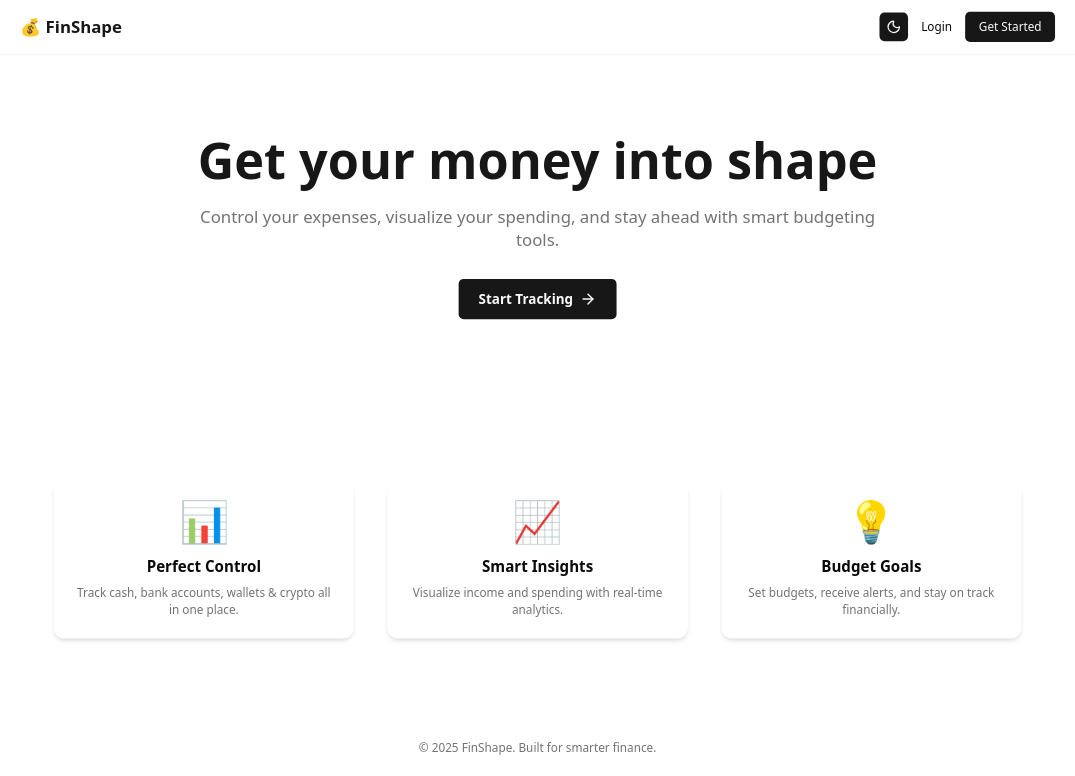
Repository: ruthvik-mt/Trackifi
Page: / (app in frontend/)
An editor plug-in stored every save of this project. The page is shown before and after the next save, followed by the edit.
The browser window is 1280 px wide. The pictures show the whole page, at 84% of full size.
The project was rebuilt for these pictures with package versions that can differ from the ones it lists, and the page was loaded fresh each time. Also part of the build but not shown: frontend/vite.config.ts, frontend/src/hooks/useAuth.ts, frontend/src/components/FormInput.tsx, frontend/src/pages/Auth/Login.tsx, frontend/src/pages/Auth/Register.tsx, frontend/src/components/Sidebar.tsx, frontend/src/components/ThemeToggleButton.tsx, frontend/src/components/Navbar.tsx and 22 more.

Above is the page before, as saved 2025-07-15 20:00:28.

### frontend/index.html
<!-- index.html -->
<!DOCTYPE html>
<html lang="en">
  <head>
    <meta charset="UTF-8" />
    <link rel="icon" href="/favicon.svg" />
    <meta name="viewport" content="width=device-width, initial-scale=1.0" />

    <!-- Critical script: apply theme before paint -->
    <script>
      const theme = localStorage.getItem("theme");
      if (
        theme === "dark" ||
        (!theme && window.matchMedia("(prefers-color-scheme: dark)").matches)
      ) {
        document.documentElement.classList.add("dark");
      } else {
        document.documentElement.classList.remove("dark");
      }
    </script>

    <title>FinShape</title>
  </head>
  <body>
    <div id="root"></div>
    <script type="module" src="/src/main.tsx"></script>
  </body>
</html>

### frontend/src/main.tsx
import React from "react";
import ReactDOM from "react-dom/client";
import App from "./App";
import "./tailwind.css";
import { AuthProvider } from "./context/AuthProvider";
import { ThemeProvider } from "./context/ThemeProvider"; // ✅ Add ThemeProvider
import { BrowserRouter as Router } from "react-router-dom";

ReactDOM.createRoot(document.getElementById("root")!).render(
  <React.StrictMode>
    <Router>
      {/* ✅ Wrap app with theme context */}
      <ThemeProvider>
        <AuthProvider>
          <App />
        </AuthProvider>
      </ThemeProvider>
    </Router>
  </React.StrictMode>
);

### frontend/src/App.tsx
import { Routes, Route, Navigate } from "react-router-dom";
import Login from "./pages/Auth/Login";
import Register from "./pages/Auth/Register";
import Dashboard from "./pages/Dashboard/Dashboard";
import CategoryList from "./pages/Categories/CategoryList";
import TransactionList from "./pages/Transactions/TransactionList";
import BudgetList from "./pages/Budgets/BudgetList";
import MonthlyTotal from "./pages/Insights/MonthlyTotal";
import CategoryBreakdown from "./pages/Insights/CategoryBreakdown";
import BudgetComparison from "./pages/Insights/BudgetComparison";
import ProtectedRoute from "./components/ProtectedRoute";
import LandingPage from "./pages/LandingPage"; // ✅ Add this import

export default function App() {
  return (
    <Routes>
      {/* Landing Page */}
      <Route path="/" element={<LandingPage />} /> {/* ✅ New route */}

      {/* Auth Routes */}
      <Route path="/login" element={<Login />} />
      <Route path="/register" element={<Register />} />

      {/* Protected Routes */}
      <Route
        path="/dashboard"
        element={
          <ProtectedRoute>
            <Dashboard />
          </ProtectedRoute>
        }
      />
      <Route
        path="/categories"
        element={
          <ProtectedRoute>
            <CategoryList />
          </ProtectedRoute>
        }
      />
      <Route
        path="/transactions"
        element={
          <ProtectedRoute>
            <TransactionList />
          </ProtectedRoute>
        }
      />
      <Route
        path="/budgets"
        element={
          <ProtectedRoute>
            <BudgetList />
          </ProtectedRoute>
        }
      />
      <Route
        path="/insights/monthly-total"
        element={
          <ProtectedRoute>
            <MonthlyTotal />
          </ProtectedRoute>
        }
      />
      <Route
        path="/insights/category-breakdown"
        element={
          <ProtectedRoute>
            <CategoryBreakdown />
          </ProtectedRoute>
        }
      />
      <Route
        path="/insights/budget-comparison"
        element={
          <ProtectedRoute>
            <BudgetComparison />
          </ProtectedRoute>
        }
      />

      {/* Fallback Route */}
      <Route path="*" element={<Navigate to="/" />} /> {/* ✅ Updated from "/login" to "/" */}
    </Routes>
  );
}

### frontend/src/tailwind.css
@tailwind base;
@tailwind components;
@tailwind utilities;

/* =========================
   Base Theme Variables
   ========================= */

@layer base {
  :root {
    --background: 0 0% 100%;
    --foreground: 0 0% 3.9%;

    --card: 0 0% 100%;
    --card-foreground: 0 0% 3.9%;

    --popover: 0 0% 100%;
    --popover-foreground: 0 0% 3.9%;

    --primary: 0 0% 9%;
    --primary-foreground: 0 0% 98%;

    --secondary: 0 0% 96.1%;
    --secondary-foreground: 0 0% 9%;

    --muted: 0 0% 96.1%;
    --muted-foreground: 0 0% 45.1%;

    --accent: 0 0% 96.1%;
    --accent-foreground: 0 0% 9%;

    --destructive: 0 84.2% 60.2%;
    --destructive-foreground: 0 0% 98%;

    --border: 0 0% 89.8%;
    --input: 0 0% 89.8%;
    --ring: 0 0% 3.9%;

    --chart-1: 12 76% 61%;
    --chart-2: 173 58% 39%;
    --chart-3: 197 37% 24%;
    --chart-4: 43 74% 66%;
    --chart-5: 27 87% 67%;

    --radius: 0.5rem;

    --tooltip-bg: #ffffff;
    --tooltip-color: #000000;
  }

  .dark {
    --background: 0 0% 3.9%;
    --foreground: 0 0% 98%;

    --card: 0 0% 3.9%;
    --card-foreground: 0 0% 98%;

    --popover: 0 0% 3.9%;
    --popover-foreground: 0 0% 98%;

    --primary: 0 0% 98%;
    --primary-foreground: 0 0% 9%;

    --secondary: 0 0% 14.9%;
    --secondary-foreground: 0 0% 98%;

    --muted: 0 0% 14.9%;
    --muted-foreground: 0 0% 63.9%;

    --accent: 0 0% 14.9%;
    --accent-foreground: 0 0% 98%;

    --destructive: 0 62.8% 30.6%;
    --destructive-foreground: 0 0% 98%;

    --border: 0 0% 14.9%;
    --input: 0 0% 14.9%;
    --ring: 0 0% 83.1%;

    --chart-1: 220 70% 50%;
    --chart-2: 160 60% 45%;
    --chart-3: 30 80% 55%;
    --chart-4: 280 65% 60%;
    --chart-5: 340 75% 55%;

    --tooltip-bg: #d9dde2; /* dark gray or slate */
    --tooltip-color: #0d0f11;
  }
}

/* =========================
   Global Element Styles
   ========================= */
@layer base {
  * {
    @apply border-border;
  }

  html,
  body {
    @apply bg-background text-foreground antialiased;
    min-height: 100%;
  }

  input,
  select,
  textarea {
    @apply bg-input text-foreground placeholder-muted-foreground
           border border-border rounded px-3 py-2
           focus:outline-none focus:ring-2 focus:ring-ring;
  }

  button {
    @apply transition-colors bg-primary text-primary-foreground px-4 py-2 rounded
           hover:bg-primary/90 focus:outline-none focus:ring-2 focus:ring-ring;
  }
}

### frontend/src/context/ThemeProvider.tsx
import { useEffect, useState, ReactNode } from "react";
import { ThemeContext, Theme } from "./ThemeContext";

export const ThemeProvider = ({ children }: { children: ReactNode }) => {
  const getInitialTheme = (): Theme => {
    if (typeof window === "undefined") return "light";
    const stored = localStorage.getItem("theme");
    if (stored === "light" || stored === "dark") return stored;
    return window.matchMedia("(prefers-color-scheme: dark)").matches ? "dark" : "light";
  };

  const [theme, setTheme] = useState<Theme>(getInitialTheme);

  useEffect(() => {
    const root = document.documentElement;
    if (theme === "dark") {
      root.classList.add("dark");
    } else {
      root.classList.remove("dark");
    }
    localStorage.setItem("theme", theme);
  }, [theme]);

  const toggleTheme = () => setTheme(prev => (prev === "dark" ? "light" : "dark"));

  return (
    <ThemeContext.Provider value={{ theme, toggleTheme }}>
      {children}
    </ThemeContext.Provider>
  );
};

### frontend/src/pages/LandingPage.tsx
import { Link } from "react-router-dom";
import { motion } from "framer-motion";
import { ArrowRight, Moon, Sun } from "lucide-react";
import { useTheme } from "../hooks/useTheme";
import { useState, useEffect } from "react";
import { Spinner } from "@/components/Spinner"; // ✅ your Spinner component


export default function LandingPage() {
  const { theme, toggleTheme } = useTheme();
  const [buttonLoading, setButtonLoading] = useState(true);

  // 👇 Show spinner for 1 second after page loads
  useEffect(() => {
    const timer = setTimeout(() => setButtonLoading(false), 1000);
    return () => clearTimeout(timer);
  }, []);

  return (
    <div className="min-h-screen bg-background text-foreground">
      {/* ────────────── Header ────────────── */}
      <header className="sticky top-0 z-10 h-16 bg-card text-card-foreground shadow-sm flex items-center justify-between px-6">
        <div className="text-xl font-bold text-primary">💰 FinShape</div>

        <nav className="flex items-center gap-4">
          <button
            onClick={toggleTheme}
            className="px-2 py-2 rounded-md text-sm font-medium bg-primary text-primary-foreground hover:bg-primary/90 transition-colors flex items-center justify-center"
            aria-label={`Switch to ${theme === "dark" ? "light" : "dark"} mode`}
          >
            {theme === "dark" ? <Sun size={18} /> : <Moon size={18} />}
          </button>


            <Link
              to="/login"
              className="text-sm font-medium hover:underline hover:text-primary transition-colors"
            >
              Login
            </Link>

          {buttonLoading ? (
             <><div className="flex justify-center"></div><Spinner size="default" /></>
          ) : (
            <Link to="/register">
              <button className="px-4 py-2 rounded-md text-sm font-medium bg-primary text-primary-foreground hover:bg-primary/90 transition-colors">
                Get Started
              </button>
            </Link>
          )}
        </nav>
      </header>

      {/* ────────────── Hero Section ────────────── */}
      <motion.section
        className="text-center px-6 py-24 max-w-4xl mx-auto"
        initial={{ opacity: 0, y: 30 }}
        animate={{ opacity: 1, y: 0 }}
        transition={{ duration: 0.6 }}
      >
        <h1 className="text-5xl md:text-6xl font-extrabold leading-tight mb-6 text-primary">
          Get your money into shape
        </h1>

        <p className="text-lg md:text-xl text-muted-foreground mb-8">
          Control your expenses, visualize your spending, and stay ahead with smart budgeting tools.
        </p>

        {buttonLoading ? (
  <div className="flex justify-center">
    <Spinner size="lg" />
  </div>
) : (
  <Link to="/register">
    <button
      aria-label="Start tracking your expenses"
      className="px-6 py-3 rounded-md font-semibold bg-primary text-primary-foreground hover:bg-primary/90 inline-flex items-center gap-2 transition-colors"
    >
      Start Tracking <ArrowRight size={20} />
    </button>
  </Link>
)}
      </motion.section>

      {/* ────────────── Features Section ────────────── */}
      <section className="py-24 px-6 bg-background">
        <div className="max-w-6xl mx-auto grid gap-10 md:grid-cols-3 text-center">
          {[
            {
              icon: "📊",
              title: "Perfect Control",
              desc: "Track cash, bank accounts, wallets & crypto all in one place.",
            },
            {
              icon: "📈",
              title: "Smart Insights",
              desc: "Visualize income and spending with real-time analytics.",
            },
            {
              icon: "💡",
              title: "Budget Goals",
              desc: "Set budgets, receive alerts, and stay on track financially.",
            },
          ].map(({ icon, title, desc }) => (
            <motion.div
              key={title}
              className="bg-card text-card-foreground p-6 rounded-xl shadow-md hover:shadow-lg transition-transform hover:-translate-y-1"
              whileHover={{ scale: 1.03 }}
              transition={{ duration: 0.3 }}
            >
              <div className="text-5xl mb-4">{icon}</div>
              <h3 className="text-lg font-semibold">{title}</h3>
              <p className="text-sm text-muted-foreground mt-2">{desc}</p>
            </motion.div>
          ))}
        </div>
      </section>

      {/* ────────────── Footer ────────────── */}
      <footer className="text-center py-6 text-sm text-muted-foreground bg-background">
        © {new Date().getFullYear()} FinShape. Built for smarter finance.
      </footer>
    </div>
  );
}

### frontend/src/context/AuthContext.tsx
// import { createContext } from "react";
// import { User } from "@/types/Auth";

// export interface AuthContextType {
//   token: string | null;
//   user: User | null;
//   login: (token: string) => void;
//   logout: () => void;
// }

// export const AuthContext = createContext<AuthContextType>({
//   token: null,
//   user: null,
//   login: () => {},
//   logout: () => {},
// });

// src/context/AuthContext.ts
import { createContext } from "react";

export interface AuthContextType {
  token: string | null;
  login: (email: string, password: string) => Promise<void>;
  logout: () => void;
}

export const AuthContext = createContext<AuthContextType>(
  {} as AuthContextType // ✅ Safe for use without null-checks
);

### frontend/src/axios.ts
// // src/axios.ts
// import axios from "axios";

// const axiosInstance = axios.create({
//   baseURL: "http://localhost:8080/api",
// });

// axiosInstance.interceptors.request.use((config) => {
//   const token = localStorage.getItem("token");
//   if (token && config.headers) {
//     config.headers.Authorization = `Bearer ${token}`;
//   }
//   return config;
// });

// export default axiosInstance;

// src/axios.ts
// src/axios.ts
import axios from "axios";

const instance = axios.create({
  baseURL: "", // <-- frontend sends /api/... and Vite handles the proxy
  headers: {
    "Content-Type": "application/json",
  },
});

instance.interceptors.request.use((config) => {
  const token = localStorage.getItem("token");
  if (token) {
    config.headers = config.headers || {};
    config.headers["Authorization"] = `Bearer ${token}`;
  }
  return config;
});

export default instance;

### frontend/src/context/ThemeContext.tsx
import { createContext } from "react";

export type Theme = "light" | "dark";

export interface ThemeContextType {
  theme: Theme;
  toggleTheme: () => void;
}

export const ThemeContext = createContext<ThemeContextType | undefined>(undefined);

### frontend/src/hooks/useTheme.ts
// src/hooks/useTheme.ts
import { useContext } from "react";
import { ThemeContext } from "../context/ThemeContext";

export function useTheme() {
  const context = useContext(ThemeContext);
  if (!context) {
    throw new Error("useTheme must be used within a ThemeProvider");
  }
  return context;
}

### frontend/src/components/Spinner.tsx
// src/components/Spinner.tsx
import { cn } from "@/lib/utils";
import { cva, VariantProps } from "class-variance-authority";
import { Loader } from "lucide-react";

const spinnerVariants = cva("text-muted-foreground animate-spin", {
  variants: {
    size: {
      default: "h-4 w-4",
      sm: "h-2 w-2",
      lg: "h-6 w-6",
      icon: "h-10 w-10",
    },
  },
  defaultVariants: {
    size: "default",
  },
});

interface SpinnerProps extends VariantProps<typeof spinnerVariants> {
  className?: string;
}

export const Spinner = ({ size }: SpinnerProps) => {
  return <Loader className={cn(spinnerVariants({ size }))} />;
};

Loaded but not shown: frontend/src/lib/utils.ts (common file); frontend/tailwind.config.js (86 lines, source omitted); frontend/src/context/AuthProvider.tsx (91 lines, source omitted)

After the next save:
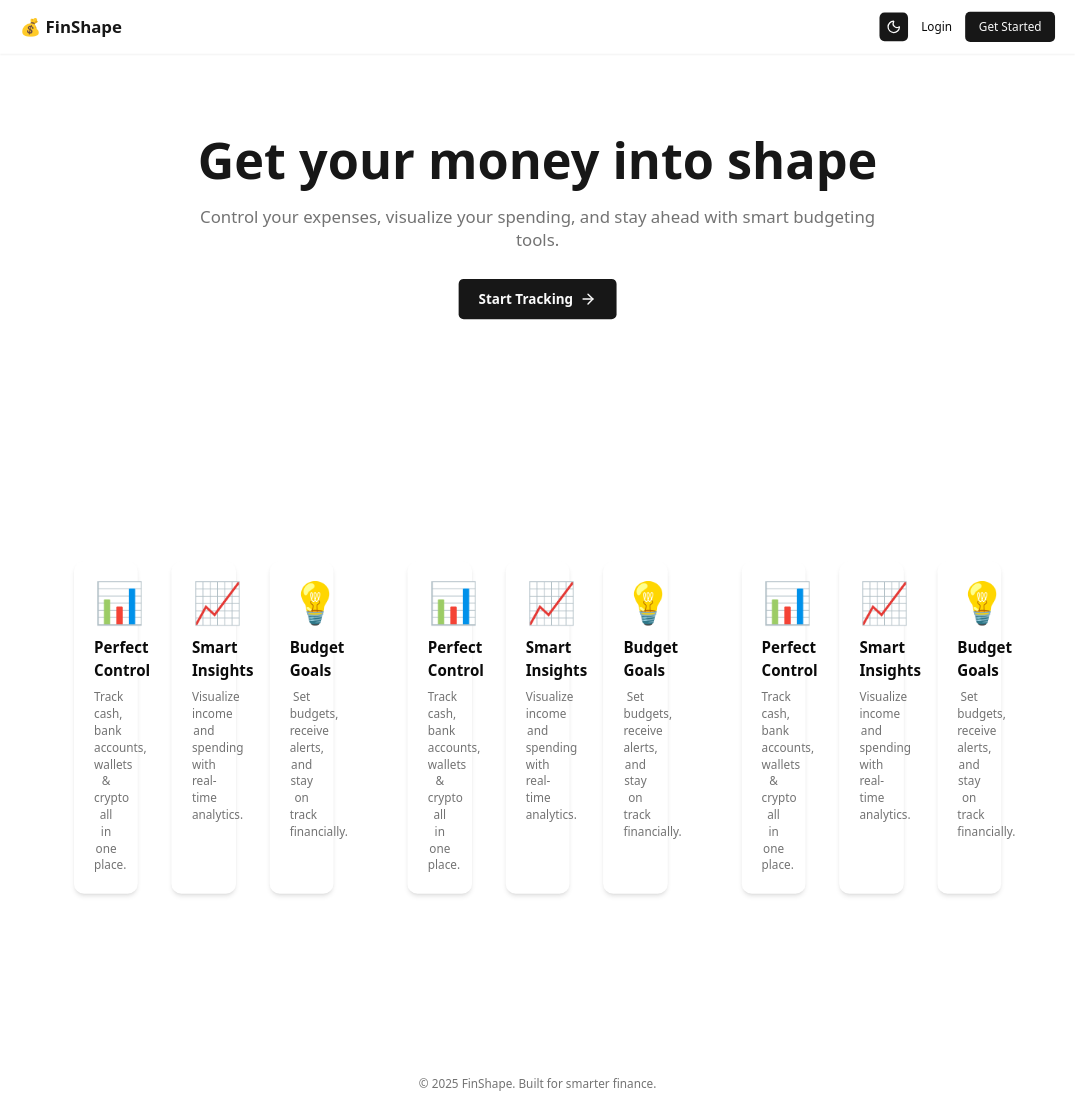
Saved 34 s later.
--- a/frontend/src/pages/LandingPage.tsx
+++ b/frontend/src/pages/LandingPage.tsx
@@ -102,16 +102,46 @@
               desc: "Set budgets, receive alerts, and stay on track financially.",
             },
           ].map(({ icon, title, desc }) => (
-            <motion.div
-              key={title}
-              className="bg-card text-card-foreground p-6 rounded-xl shadow-md hover:shadow-lg transition-transform hover:-translate-y-1"
-              whileHover={{ scale: 1.03 }}
-              transition={{ duration: 0.3 }}
-            >
-              <div className="text-5xl mb-4">{icon}</div>
-              <h3 className="text-lg font-semibold">{title}</h3>
-              <p className="text-sm text-muted-foreground mt-2">{desc}</p>
-            </motion.div>
+           <motion.section
+  className="py-24 px-6 bg-background"
+  initial={{ opacity: 0 }}
+  whileInView={{ opacity: 1 }}
+  viewport={{ once: true, amount: 0.2 }}
+  transition={{ duration: 0.8 }}
+>
+  <div className="max-w-6xl mx-auto grid gap-10 md:grid-cols-3 text-center">
+    {[
+      {
+        icon: "📊",
+        title: "Perfect Control",
+        desc: "Track cash, bank accounts, wallets & crypto all in one place.",
+      },
+      {
+        icon: "📈",
+        title: "Smart Insights",
+        desc: "Visualize income and spending with real-time analytics.",
+      },
+      {
+        icon: "💡",
+        title: "Budget Goals",
+        desc: "Set budgets, receive alerts, and stay on track financially.",
+      },
+    ].map(({ icon, title, desc }, index) => (
+      <motion.div
+        key={title}
+        className="bg-card text-card-foreground p-6 rounded-xl shadow-md hover:shadow-lg transition-transform hover:-translate-y-1"
+        initial={{ opacity: 0, y: 30 }}
+        whileInView={{ opacity: 1, y: 0 }}
+        viewport={{ once: true, amount: 0.3 }}
+        transition={{ duration: 0.5, delay: index * 0.2 }}
+      >
+        <div className="text-5xl mb-4">{icon}</div>
+        <h3 className="text-lg font-semibold">{title}</h3>
+        <p className="text-sm text-muted-foreground mt-2">{desc}</p>
+      </motion.div>
+    ))}
+  </div>
+</motion.section>
           ))}
         </div>
       </section>

After the save that followed:
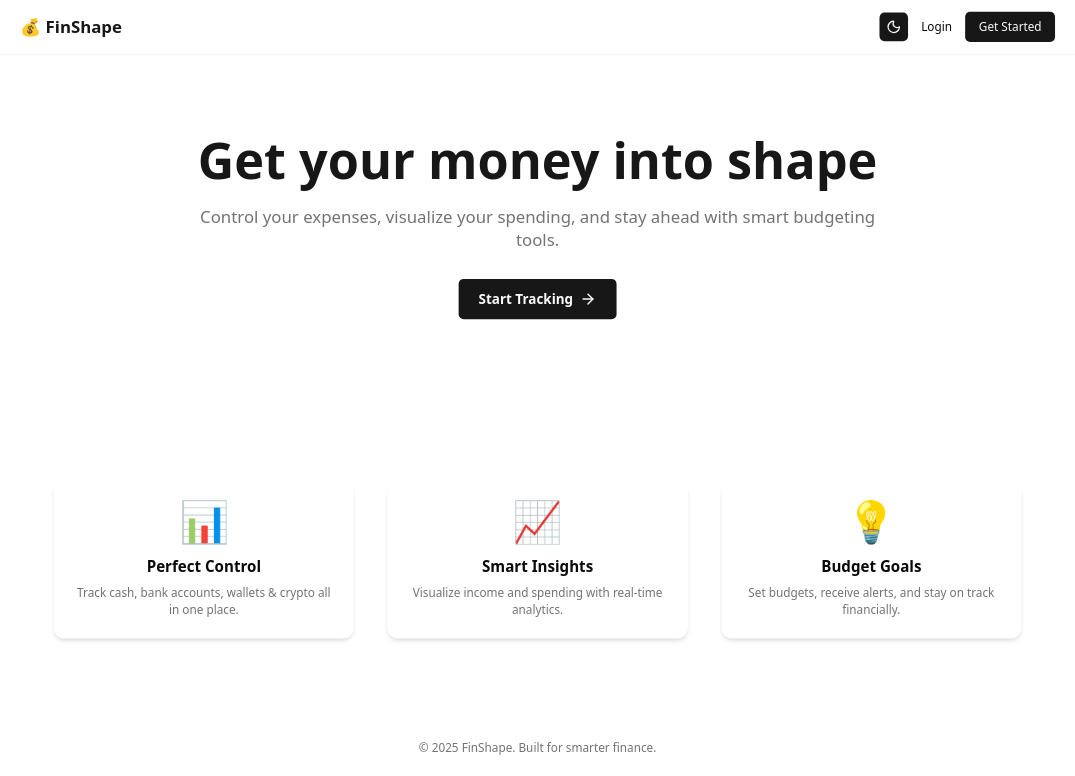
Saved 58 s later.
--- a/frontend/src/pages/LandingPage.tsx
+++ b/frontend/src/pages/LandingPage.tsx
@@ -102,46 +102,16 @@
               desc: "Set budgets, receive alerts, and stay on track financially.",
             },
           ].map(({ icon, title, desc }) => (
-           <motion.section
-  className="py-24 px-6 bg-background"
-  initial={{ opacity: 0 }}
-  whileInView={{ opacity: 1 }}
-  viewport={{ once: true, amount: 0.2 }}
-  transition={{ duration: 0.8 }}
->
-  <div className="max-w-6xl mx-auto grid gap-10 md:grid-cols-3 text-center">
-    {[
-      {
-        icon: "📊",
-        title: "Perfect Control",
-        desc: "Track cash, bank accounts, wallets & crypto all in one place.",
-      },
-      {
-        icon: "📈",
-        title: "Smart Insights",
-        desc: "Visualize income and spending with real-time analytics.",
-      },
-      {
-        icon: "💡",
-        title: "Budget Goals",
-        desc: "Set budgets, receive alerts, and stay on track financially.",
-      },
-    ].map(({ icon, title, desc }, index) => (
-      <motion.div
-        key={title}
-        className="bg-card text-card-foreground p-6 rounded-xl shadow-md hover:shadow-lg transition-transform hover:-translate-y-1"
-        initial={{ opacity: 0, y: 30 }}
-        whileInView={{ opacity: 1, y: 0 }}
-        viewport={{ once: true, amount: 0.3 }}
-        transition={{ duration: 0.5, delay: index * 0.2 }}
-      >
-        <div className="text-5xl mb-4">{icon}</div>
-        <h3 className="text-lg font-semibold">{title}</h3>
-        <p className="text-sm text-muted-foreground mt-2">{desc}</p>
-      </motion.div>
-    ))}
-  </div>
-</motion.section>
+            <motion.div
+              key={title}
+              className="bg-card text-card-foreground p-6 rounded-xl shadow-md hover:shadow-lg transition-transform hover:-translate-y-1"
+              whileHover={{ scale: 1.03 }}
+              transition={{ duration: 0.3 }}
+            >
+              <div className="text-5xl mb-4">{icon}</div>
+              <h3 className="text-lg font-semibold">{title}</h3>
+              <p className="text-sm text-muted-foreground mt-2">{desc}</p>
+            </motion.div>
           ))}
         </div>
       </section>
